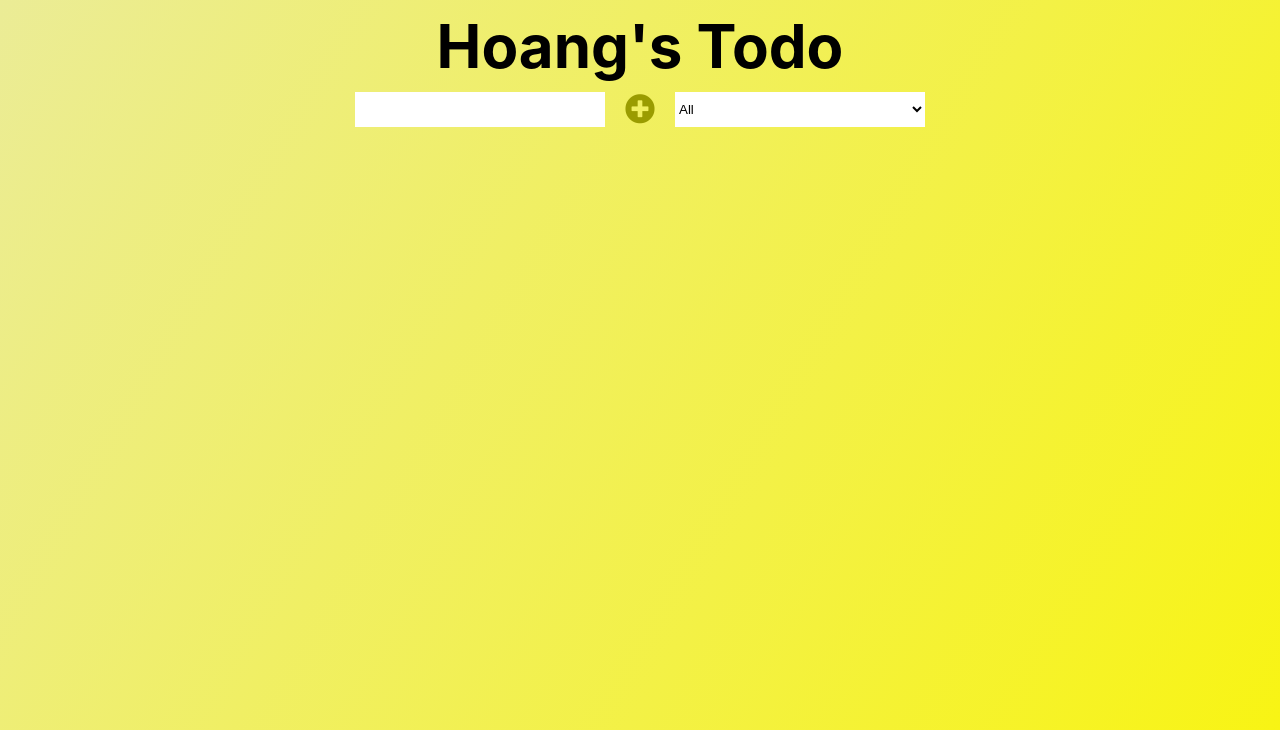
Repository: DinhHoang0607/TodoReact
Page: /
An editor plug-in stored every save of this project. The page is shown before and after the next save, followed by the edit.
The browser window is 1280 px wide. The pictures show the whole page.
Some web libraries are served in a nearby version. The project was rebuilt for these pictures with package versions that can differ from the ones it lists, and the page was loaded fresh each time.

Above is the page before, as saved 2021-09-09 23:46:15.

### public/index.html
<!DOCTYPE html>
<html lang="en">
  <head>
    <meta charset="utf-8" />
    <link rel="icon" href="%PUBLIC_URL%/favicon.ico" />
    <meta name="viewport" content="width=device-width, initial-scale=1" />
    <meta name="theme-color" content="#000000" />
    <meta
      name="description"
      content="Web site created using create-react-app"
    />
    <link rel="apple-touch-icon" href="%PUBLIC_URL%/logo192.png" />
    <!--
      manifest.json provides metadata used when your web app is installed on a
      user's mobile device or desktop. See https://developers.google.com/web/fundamentals/web-app-manifest/
    -->
    <link rel="stylesheet" href="https://pro.fontawesome.com/releases/v5.10.0/css/all.css" integrity="sha384-AYmEC3Yw5cVb3ZcuHtOA93w35dYTsvhLPVnYs9eStHfGJvOvKxVfELGroGkvsg+p" crossorigin="anonymous"/>
    <link rel="manifest" href="%PUBLIC_URL%/manifest.json" />
    <!--
      Notice the use of %PUBLIC_URL% in the tags above.
      It will be replaced with the URL of the `public` folder during the build.
      Only files inside the `public` folder can be referenced from the HTML.

      Unlike "/favicon.ico" or "favicon.ico", "%PUBLIC_URL%/favicon.ico" will
      work correctly both with client-side routing and a non-root public URL.
      Learn how to configure a non-root public URL by running `npm run build`.
    -->
    <title>React App</title>
  </head>
  <body>
    <noscript>You need to enable JavaScript to run this app.</noscript>
    <div id="root"></div>
    <!--
      This HTML file is a template.
      If you open it directly in the browser, you will see an empty page.

      You can add webfonts, meta tags, or analytics to this file.
      The build step will place the bundled scripts into the <body> tag.

      To begin the development, run `npm start` or `yarn start`.
      To create a production bundle, use `npm run build` or `yarn build`.
    -->
  </body>
</html>

### src/App.js
import "./App.css";
import React from "react";
import Form from "./components/Form";

function App() {
  return (
    <div className="App">
      <header>
        <h1>Hoang's Todo</h1>
      </header>
      <Form />
    </div>
  );
}

export default App;

### src/App.css
*,
*::before,
*::after {
  box-sizing: border-box;
  padding: 0;
  margin: 0;
}
html {
  font-size: 62.5%;
}
body {
  width: 100%;
  height: 100vh;
  background-image: linear-gradient(120deg, #ebec96 0%, #f8f414 100%);
}
header {
  font-size: 3rem;
  margin: 1rem auto;
}
header,
form {
  display: flex;
  justify-content: center;
  align-items: center;
}
.form__input {
  width: 25rem;
  height: 3.5rem;
  border: none;
  background: white;
}
.btn {
  cursor: pointer;
}
.form__btn {
  color: #9a9c01;
  margin: auto 2rem;
  /* width: 3.5rem;
  height: 3.5rem; */
  /* border-radius: 50%; */
  font-size: 3rem;
  border: none;
  transition: all 0.3s ease;
  background: none;
}
.form__btn:hover{
  color:rgb(27, 247, 255)
}
.select__item{
  width: 25rem;
  height: 3.5rem;
  border: none;
  background: white;
}

### src/components/Form.js
import React from "react";
const Form = () => {
  return (
    <form className="form">
      <input type="text" className="form__input" />
      <button className="form__btn btn" type="submit">
        <i class="fas fa-plus-circle"></i>
      </button>
      <div className="form__select">
        <select name="items" className="select__item">
          <option value="all" selected="selected">
            All
          </option>
          <option value="completed">Completed</option>
          <option value="inProcess">InProcess</option>
        </select>
      </div>
    </form>
  );
};

export default Form;

Loaded but not shown: src/index.js (common file); src/index.css (common file); src/reportWebVitals.js (common file)

After the next save:
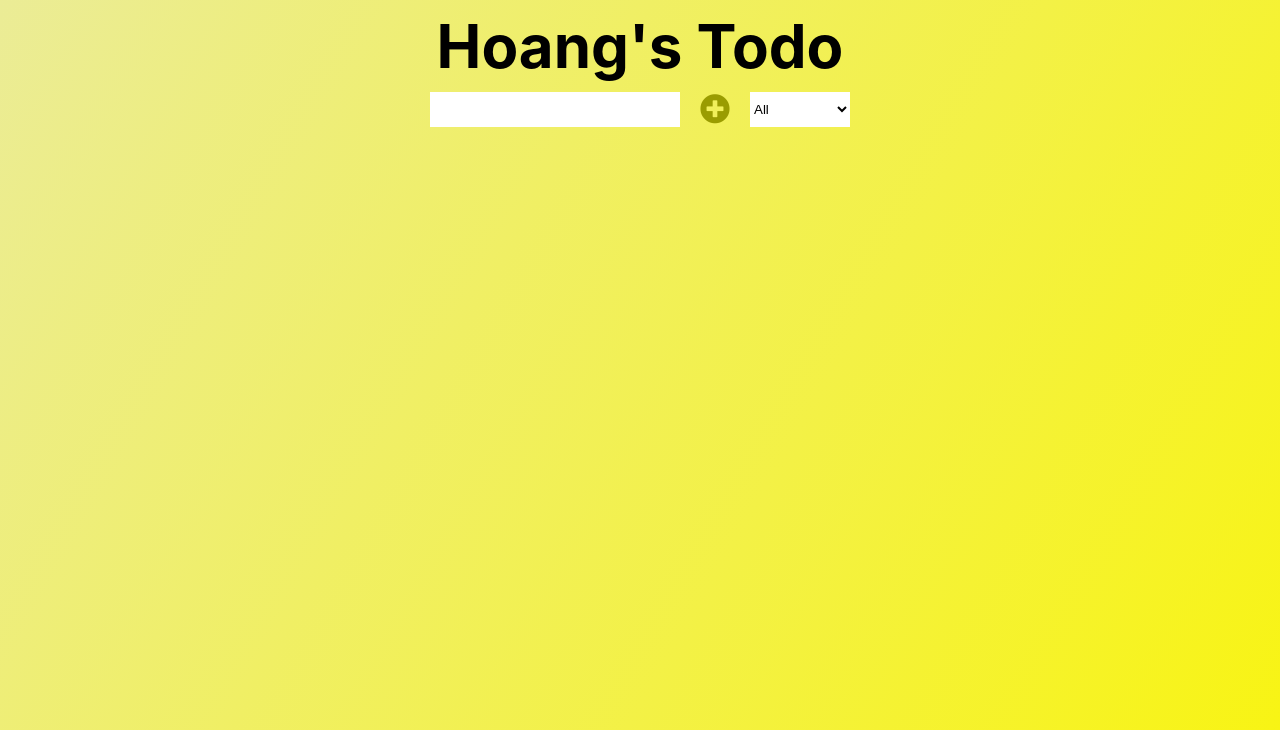
Saved 14 s later.
--- a/src/App.css
+++ b/src/App.css
@@ -47,7 +47,7 @@ form {
   color:rgb(27, 247, 255)
 }
 .select__item{
-  width: 25rem;
+  width: 10rem;
   height: 3.5rem;
   border: none;
   background: white;
